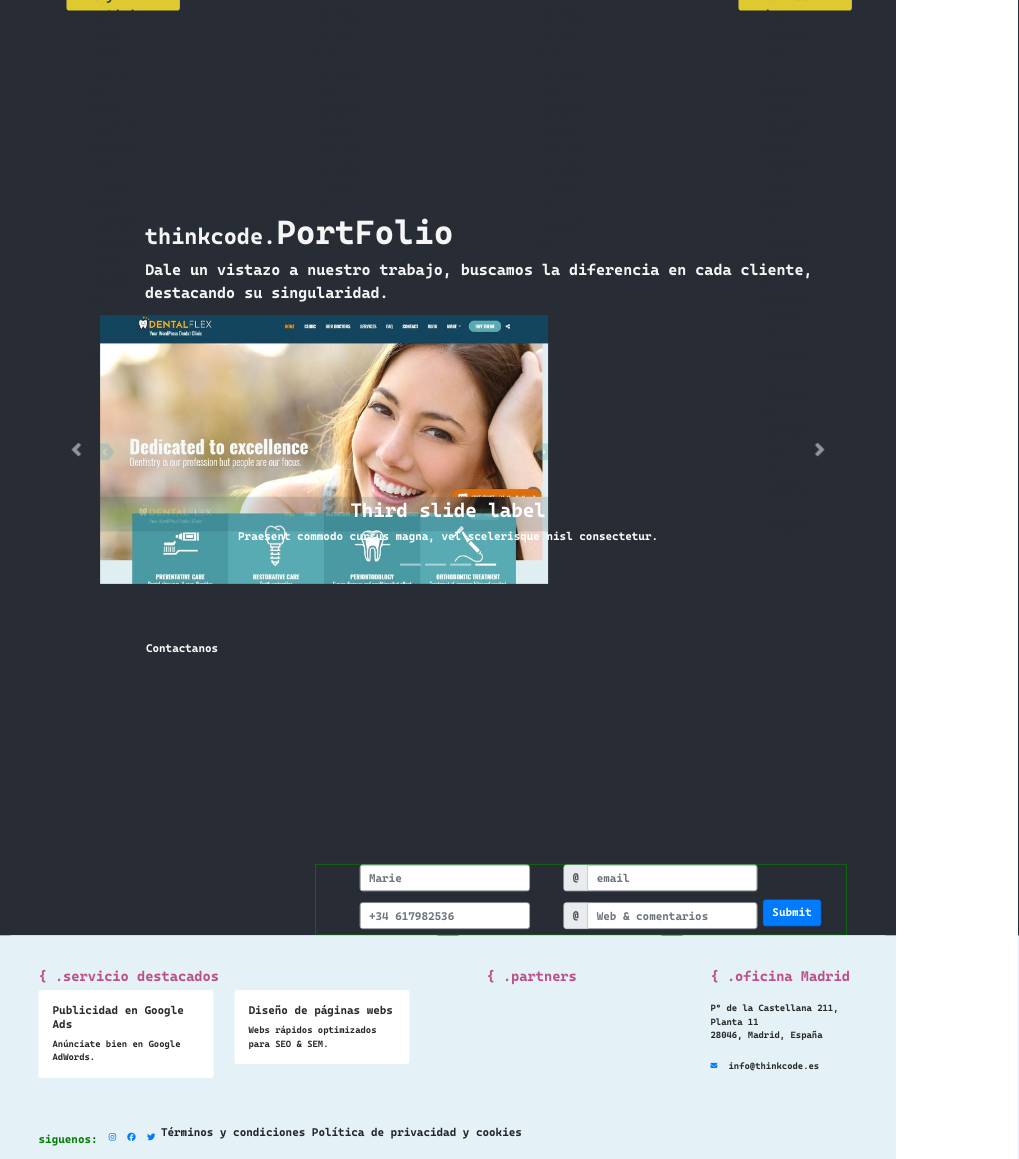
Repository: banchiec/thinkcode
Page: /
These files come from the project's save history. The page is drawn as it stood at one moment and after the next save; the edit follows.
The browser window is 1280 px wide. The page is 1455 px wide, so the pictures cover 1455 px, including what lies to the right of the window. The pictures show the part of the page from y = 1933 to 3613 px (the page is 3589 px tall before and 3613 px after), at 70% of full size.
Some web libraries are served in a nearby version. The project was rebuilt for these pictures with package versions that can differ from the ones it lists, and the page was loaded fresh each time. Also part of the build but not shown: src/components/MenuItems.js, src/components/Dropdownthink.css, src/components/Dropdownthink.js, src/components/pages/Consulting.js, src/components/pages/ContactUs.js, src/components/pages/Marketing.js, src/components/pages/Products.js, src/components/pages/Services.js and 1 more. Imported but missing from the stored project, and not drawn on this page: src/components/sliderInfo/SliderInfo.

Above is the page before, as saved 2020-11-30 14:44:18.

After the next save:
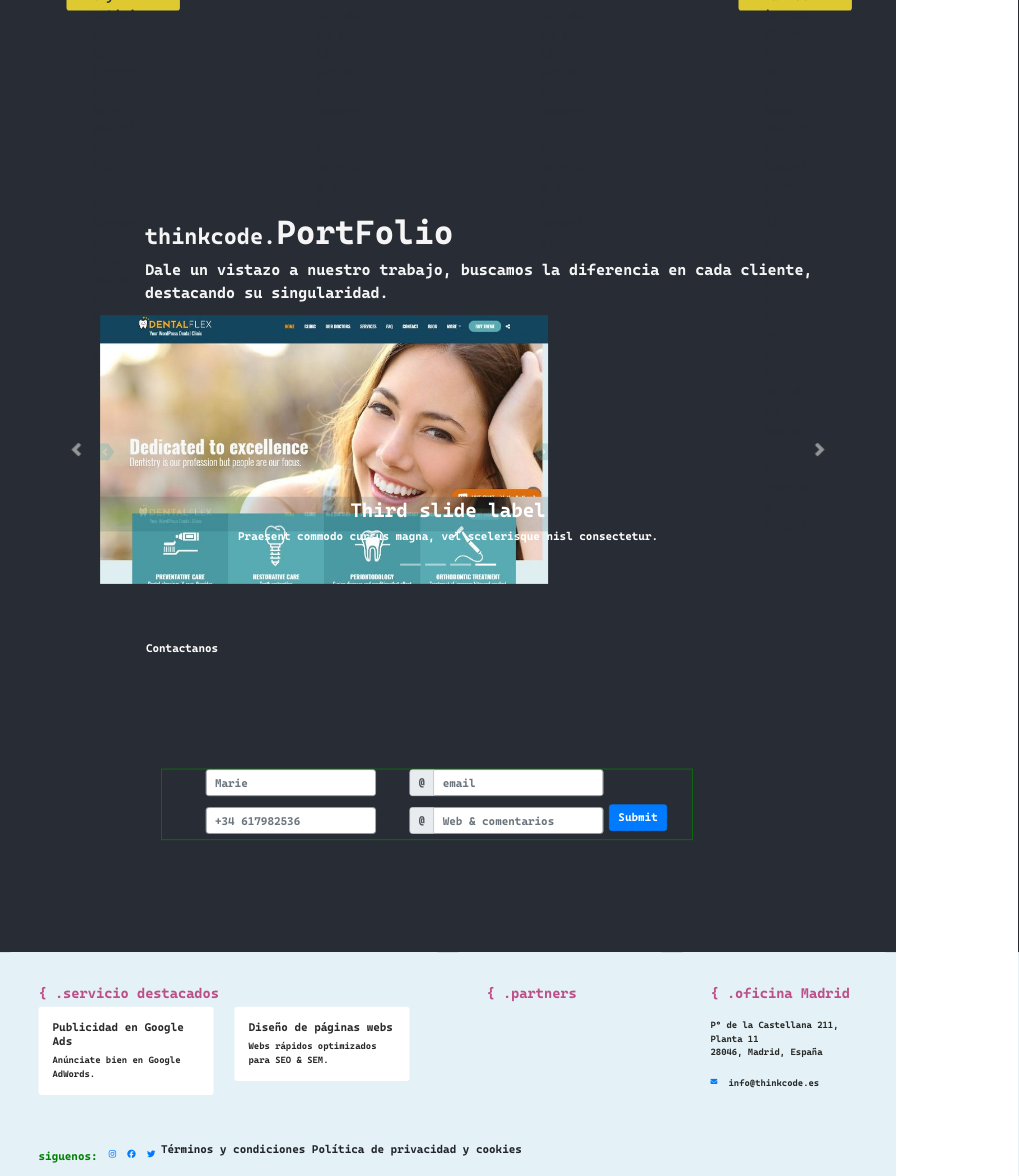
Saved 21 s later.
--- a/src/components/forms/FormContact.css
+++ b/src/components/forms/FormContact.css
@@ -1,5 +1,5 @@
 .container-form {
     border:1px solid green;
-    margin-top: 20rem;
+    margin: 10rem;
     /* margin-left: 10rem; */
 }
